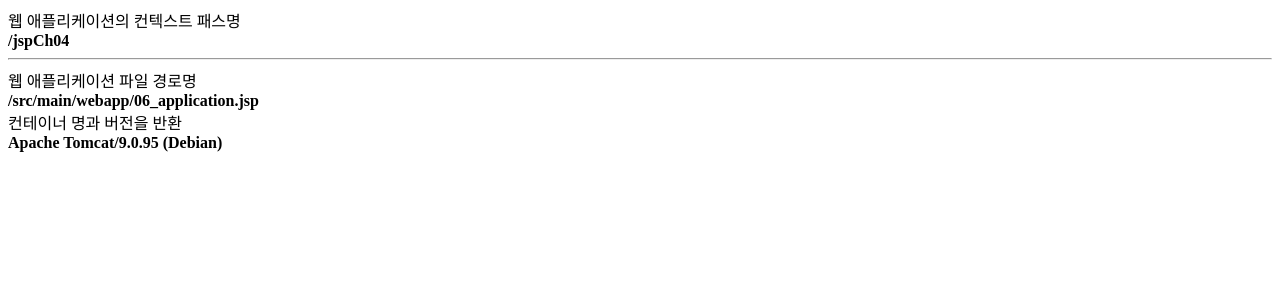
Repository: itrecipe/Web_ez
Page: http://localhost/jspCh04/06_application.jsp
The author's editor kept a copy of each file at every save. The page is drawn from the files as they stood at one save, then again after the next save.
The browser window is 1280 px wide. The pictures show the whole page.
The page is served by Tomcat 9.

Above is the page before, as saved 2023-03-30 03:22:17.

### jspCh04/src/main/webapp/06_application.jsp
<%@ page language="java" contentType="text/html; charset=UTF-8"
    pageEncoding="UTF-8"%>
<!DOCTYPE html>
<html>
<head>
<meta charset="UTF-8">
<title>application.jsp</title>
</head>
<body>

<%
	/* 로컬변수
	 * application 내장 객체는 프로젝트(웹 애플리케이션)당 1개 생성됨
	 * ServletContext인터페이스를 구현한 객체
	 */
	String appPath = application.getContextPath(); //jspCh04
	String filePath = application.getRealPath("06_application.jsp");
	//D:\h\apache-tomcat-9.0.71\wtpwebapps\jspCh04\06_application.jsp
	String serverInfo = application.getServerInfo();
	//Apache Tomcat/9.0.71
	application.setAttribute("name", "hyun"); //현 프로젝트의 모든 jsp에서 사용가능
	application.getAttribute("name");
%>
웹 애플리케이션의 컨텍스트 패스명<br/>
<b><%=appPath%></b><hr>
웹 애플리케이션 파일 경로명<br/>
<b><%=filePath%></b><br/>
컨테이너 명과 버전을 반환<br/>
<b><%=serverInfo%></b><br/>
</body>
</html>

After the next save:
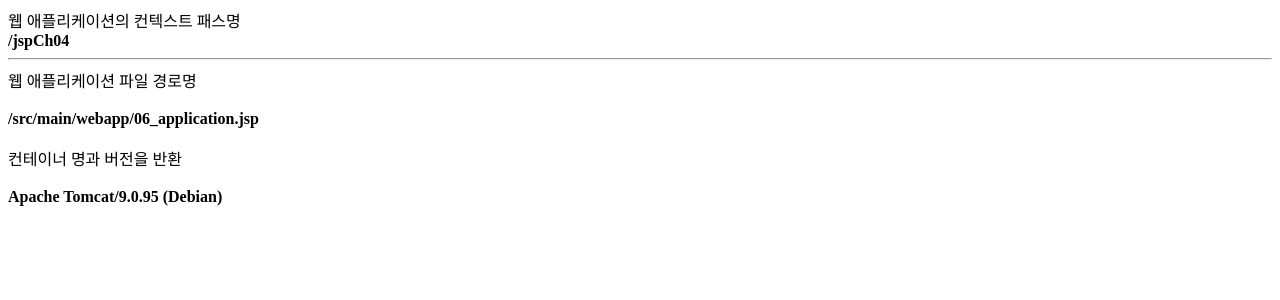
Saved 39 s later.
--- a/jspCh04/src/main/webapp/06_application.jsp
+++ b/jspCh04/src/main/webapp/06_application.jsp
@@ -23,9 +23,9 @@
 %>
 웹 애플리케이션의 컨텍스트 패스명<br/>
 <b><%=appPath%></b><hr>
-웹 애플리케이션 파일 경로명<br/>
-<b><%=filePath%></b><br/>
-컨테이너 명과 버전을 반환<br/>
-<b><%=serverInfo%></b><br/>
+웹 애플리케이션 파일 경로명<br/><br/>
+<b><%=filePath%></b><br/><br/>
+컨테이너 명과 버전을 반환<br/><br/>
+<b><%=serverInfo%></b><br/><br/>
 </body>
 </html>
